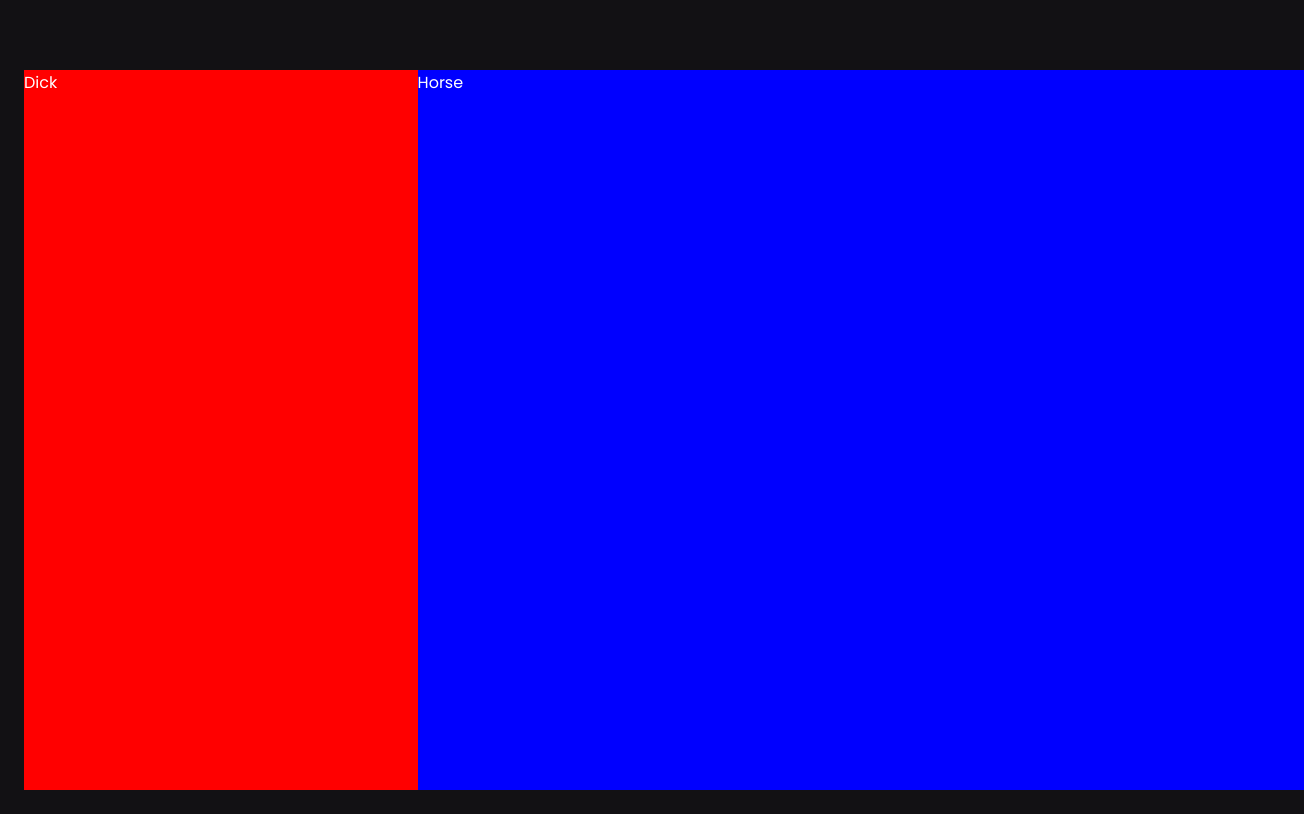
Repository: tjcages/adhoc
Page: /
These files come from the project's save history. The page is drawn as it stood at one moment and after the next save; the edit follows.
The browser window is 1280 px wide. The page is 1304 px wide, so the pictures cover 1304 px, including what lies to the right of the window. The pictures show the whole page.
The project was rebuilt for these pictures with package versions that can differ from the ones it lists, and the page was loaded fresh each time.

Above is the page before, as saved 2021-03-11 15:39:03.

### src/index.js
import React from 'react';
import ReactDOM from 'react-dom';
import App from './App.tsx';
import './scss/main.scss';

ReactDOM.render(
  <React.StrictMode>
    <App />
  </React.StrictMode>,
  document.getElementById('root')
);

### src/App.tsx
// import Header from './components/Header.jsx'
import { Layout } from './components/Layout'

function App() {
  return (
    <div className="App">
      <Layout />
    </div>
  );
}

export default App;

### src/scss/main.scss
@import './variables';

// Selectively import certain Bootstrap files
@import 'node_modules/bootstrap/scss/bootstrap-grid';
@import 'node_modules/bootstrap/scss/mixins';
@import 'node_modules/bootstrap/scss/utilities';
@import 'node_modules/bootstrap/scss/images';

@import './App';
@import './Header';
@import './Layout';

### src/components/Layout.tsx
import * as React from "react";

export const Layout = () => {
    return (
        <div className="layout_container">
            <div className="layout_navigation">Dick</div>
            <div className="layout_browser">Horse</div>
        </div>
    )
}

### src/scss/variables.scss
@import url("https://fonts.googleapis.com/css2?family=Roboto+Condensed&display=swap");
@import url("https://fonts.googleapis.com/css2?family=Roboto:wght@300;400;500;700;900&display=swap");

// Fonts
$font-family-serif: "Open Sans", serif;
$font-family-sans-serif: "Montserrat", "Open Sans", sans-serif;
$font-family-font-awesome: 'Font Awesome 5 Pro';
$font-family-font-awesome-brands: 'Font Awesome 5 Brands';
$Roboto-condensed: "Roboto Condensed", sans-serif;
$Roboto: "Roboto", sans-serif;

// Colors
$primary:                               #FF5454 ;
$secondary:                             #606975;
$red:                                   #ff0000;
$dark:                                  #374250;
$light:                                 #f8f8f8;
$gray:                                  #606975;
$white:                                 #ffffff;
$text-dark:                             #838899;

// Body
$body-bg:                               #E6E6E6;
$body-color:                            #000;

// Links
$link-color:                            $text-dark;
$link-decoration:                       none;
$link-hover-color:                      $primary;
$link-hover-decoration:                 none;

### src/scss/App.scss
@import url('https://fonts.googleapis.com/css?family=Poppins:300,400,500,600');

html {
  margin: 0px;
  padding: 0px;
}

body {
  font-family: 'Poppins';
  margin: 0px;
  background: rgb( 18, 17, 20 );
  color: rgb( 255, 255, 255 );
  padding: 24px;
  margin-top: 10px;
}

h1 {
  margin: 0;
  font-size: 36px;
  font-weight: 500;
}

### src/scss/_Header.scss
#container {
    overflow: hidden;
    display: grid;

    .titlebar {
        -webkit-app-region: drag;
        height: 32px;
        margin-bottom: 10px;
    }

    .space-info {
        padding-left: 32px;
        padding-right: 32px;
        overflow: hidden;
        float: left;
        display: flex;
        align-items: center;
        cursor: pointer;

        .indicator {
            height: 36px;
            width: 36px;
            background-color: rgba( 235, 68, 89, 0.3 );
            border-radius: 50%;
            align-items: center;
            display: flex;
            margin-right: 16px;
        }

        .inner-indicator {
            height: 10px;
            width: 10px;
            background-color: #EB4459;
            border-radius: 50%;
            margin-left: 13px;
        }

        .info-button {
            overflow: hidden;
            float: left;
            display: flex;
            align-items: center;
            margin-left: 12px;
            background-color: rgba( 0, 0, 0, 0 );
            padding-top: 12px;
            padding-bottom: 12px;
            opacity: 0.5;
            cursor: pointer;
            outline: none;
            border: none;

            .dot {
                height: 4px;
                width: 4px;
                background-color: #fff;
                border-radius: 50%;
                margin-left: 3px;
            }
        }
        .info-button:hover {
            opacity: 0.7;
        }
    }

    .bottom-container {
        display: flex;
        padding-left: 32px;
        padding-right: 32px;

        .search {
            flex-grow: 1;
            background-color: #201F22;
            border-radius: 8px;
            display: flex;
            align-items: center;
            margin-top: 12px;
            padding-left: 8px;
            padding-right: 8px;
            padding-top: 8px;
            padding-bottom: 8px;
            max-height: 36px;
            justify-content: space-between;
            max-width: 420px;
            min-width: 200px;

            .search-content {
                display: flex;
                justify-content: flex-start;
                cursor: pointer;
                width: 70%;
            }

            .search-button {
                outline: none;
                border: none;
                background-color: rgba( 0, 0, 0, 0 );
                cursor: pointer;

                .search-icon {
                    width: 20px;
                    height: 20px;
                    color: #8E8D8F;
                }
            }

            .search-input {
                color: #8E8D8F;
                margin-left: 8px;
                outline: none;
                border-color: none;
                border-style: hidden;
                background-color: rgba( 0, 0, 0, 0 );
                font-size: 16px;
                font-weight: 400;
                width: 80%;
            }
            .search-input:focus {
                color: #fff;
            }

            h4 {
                color: #8E8D8F;
                margin-left: 8px;

                width: 80%;
            }
        }

        .tabs {
            flex-grow: 1;
            min-height: 48px;
            margin-top: 4px;
            margin-left: 24px;

            .tabs-items {
                display: flex;
                justify-content: flex-end;
                align-items: center;
                margin-bottom: 12px;

                h3 {
                    margin-left: 24px;
                    cursor: pointer;
                }

                .tab-button {
                    outline: none;
                    border: none;
                    margin-left: 24px;
                    background-color: rgba( 0, 0, 0, 0 );
                    cursor: pointer;

                    .tab-icon {
                        width: 28px;
                        height: 28px;
                        color: #fff;
                    }
                }
            }

            .tabs-line {
                background-color: #8E8D8F;
                opacity: 0.5;
                height: 2px;
                width: 100%;
            }
        }
    }

    .web-container {
        display: flex;
        padding-top: 32px;
        margin-left: 32px;
        margin-right: 32px;
        // overflow-x: scroll;
        // overflow-y: hidden;
        white-space: nowrap;

        .web-arbox {
            background-color: #aaa;
            border-radius: 8px;
            overflow: hidden;
            margin-right: 32px;

            width: 35vw;
            height: 0;
            padding-bottom: 20%;
            position: relative;

            .webview {
                position: absolute;
                top: 0;
                right: 0;
                bottom: 0;
                left: 0;

                display: inline-flex;
                width: 100%;
                height: 100%;
                background-image: url("../assets/dribbble.png");
                background-repeat: no-repeat;
                background-position: top left;
                background-size: cover;
                border-color: #8E8D8F;
                border-style: solid;
                border-width: 1px;
                border-radius: 8px;
                overflow: hidden;
              }
          }
    }
}

### src/scss/_Layout.scss
.layout_container {
    margin-top: 36px;
    display: flex;
    width: 100vw;
    height: 100vh;
    flex-direction: row;

    .layout_navigation {
        flex-grow: 0.3;
        background-color: red;
    }

    .layout_browser {
        flex-grow: 0.7;
        background-color: blue;
    }
}

Loaded but not shown: public/index.html (common file)

After the next save:
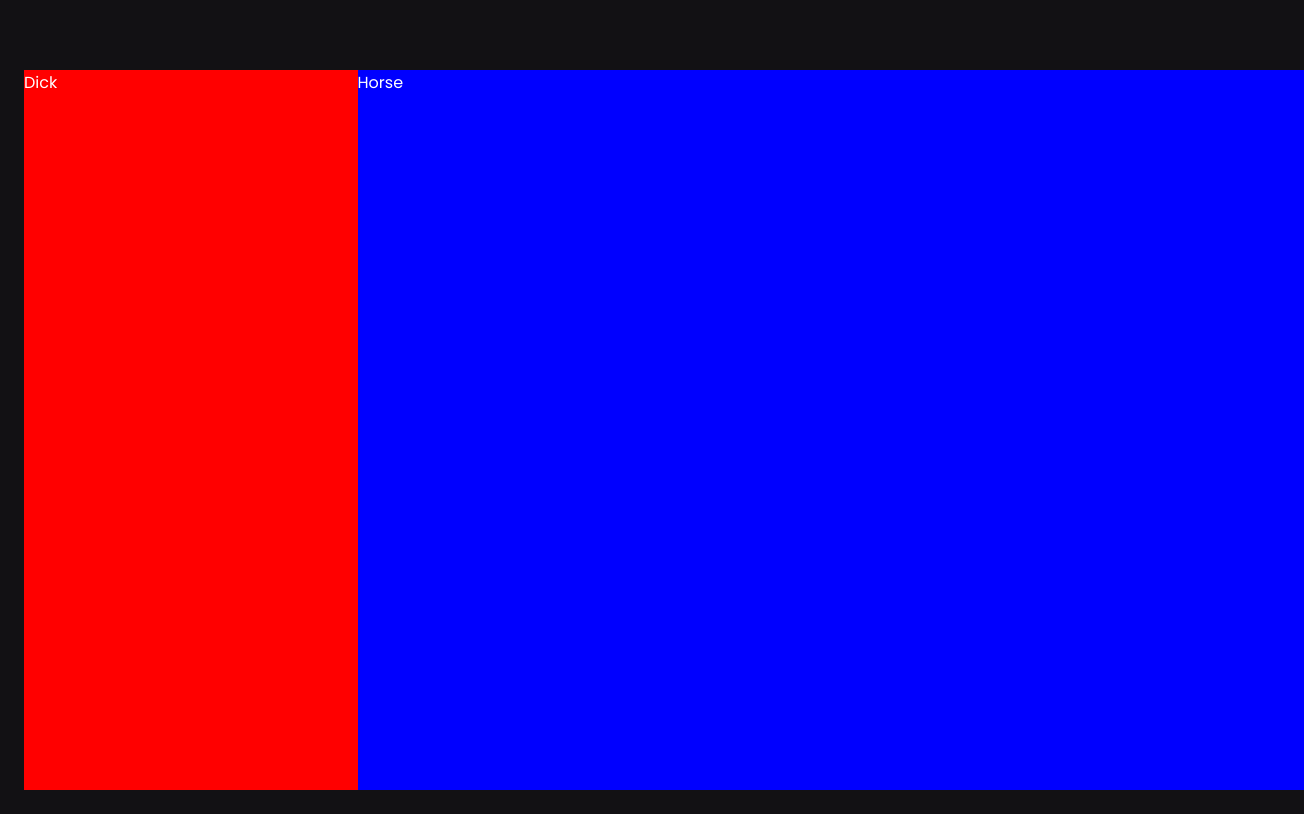
Saved 9 s later.
--- a/src/scss/_Layout.scss
+++ b/src/scss/_Layout.scss
@@ -6,12 +6,12 @@
     flex-direction: row;
 
     .layout_navigation {
-        flex-grow: 0.3;
+        flex-grow: 0.25;
         background-color: red;
     }
 
     .layout_browser {
-        flex-grow: 0.7;
+        flex-grow: 0.75;
         background-color: blue;
     }
 }

After the save that followed:
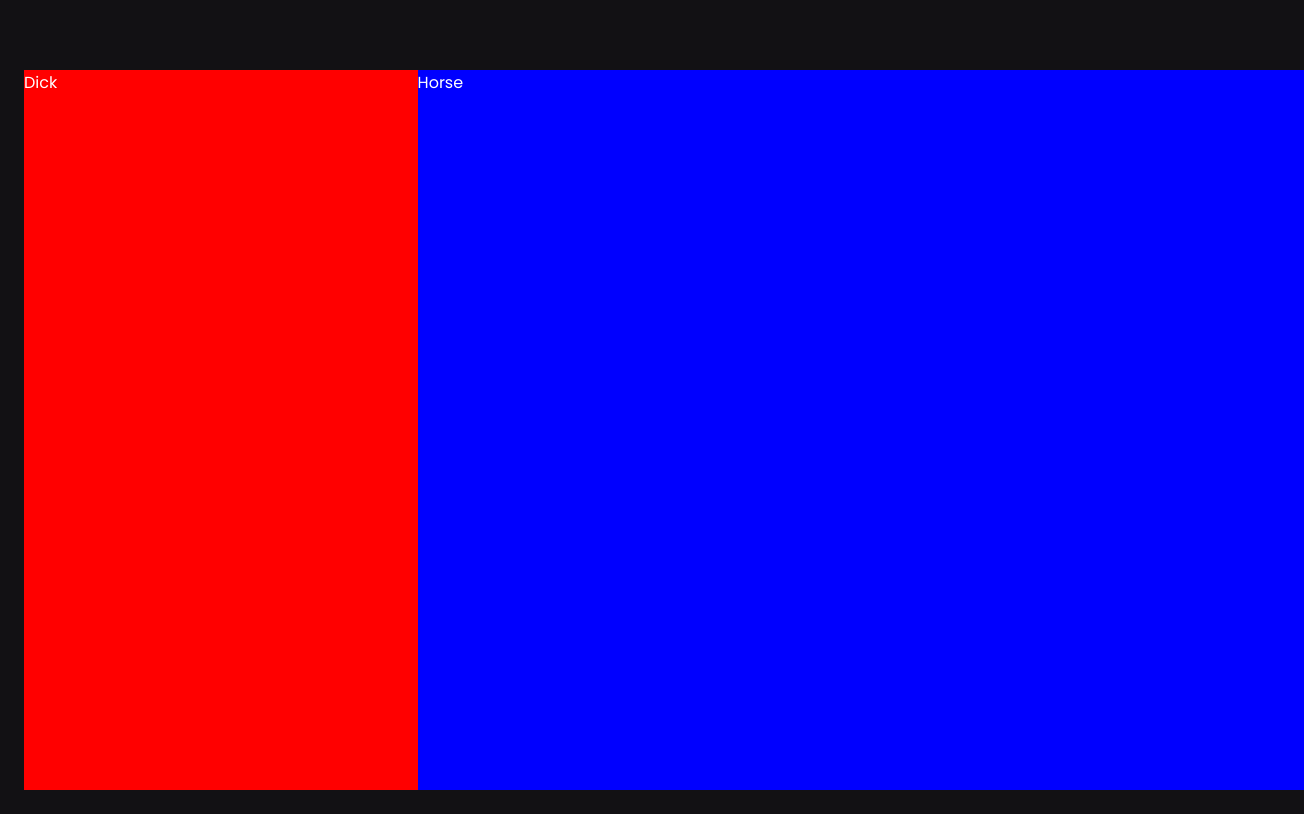
Saved 5 s later.
--- a/src/scss/_Layout.scss
+++ b/src/scss/_Layout.scss
@@ -6,12 +6,12 @@
     flex-direction: row;
 
     .layout_navigation {
-        flex-grow: 0.25;
+        flex-grow: 0.3;
         background-color: red;
     }
 
     .layout_browser {
-        flex-grow: 0.75;
+        flex-grow: 0.7;
         background-color: blue;
     }
 }
